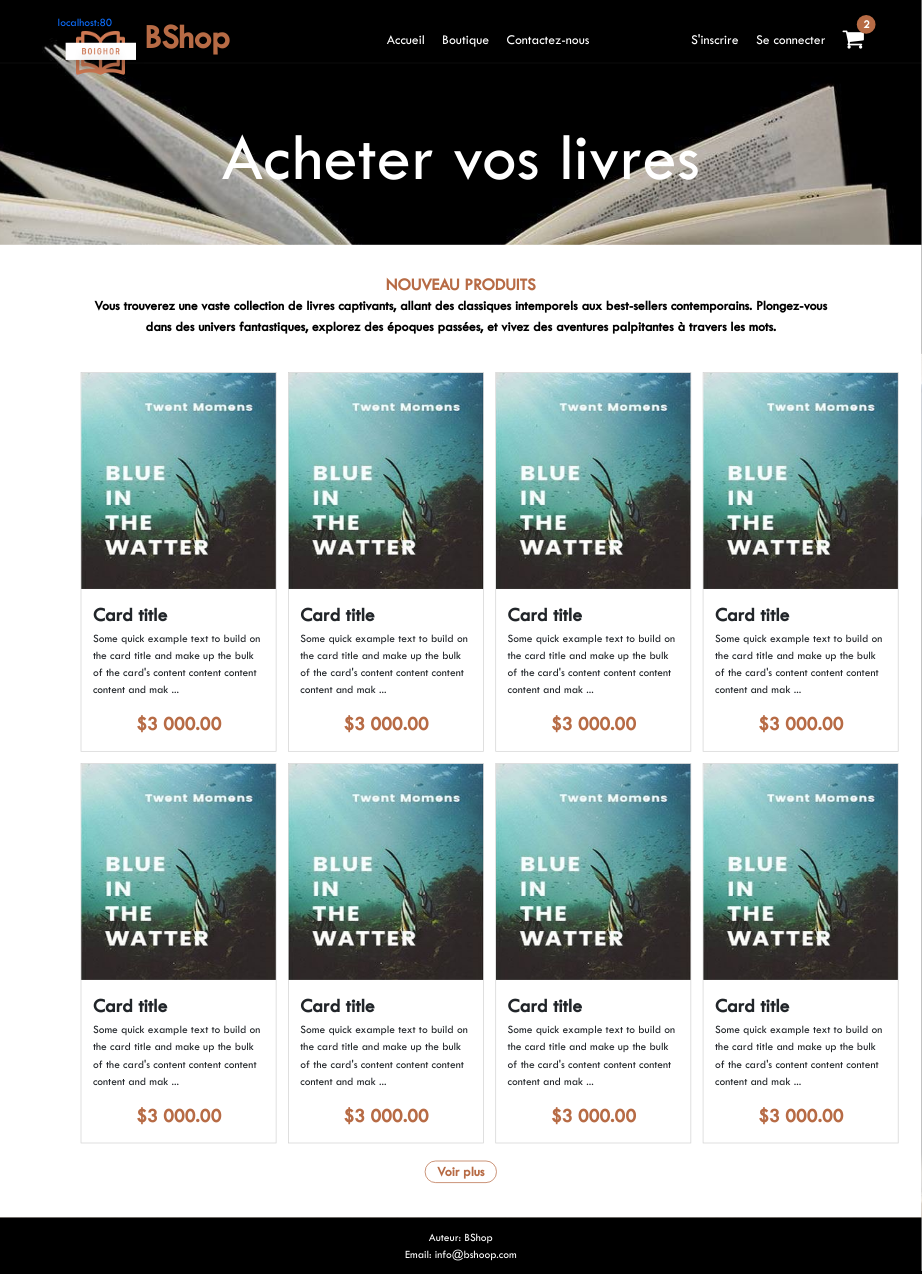
Repository: padevft/e-commerce-php
Page: http://localhost/
The author's editor kept a copy of each file at every save. The page is drawn from the files as they stood at one save, then again after the next save.
The browser window is 1280 px wide. The pictures show the whole page, at 72% of full size.
Pictures or frames that could not be fetched are drawn as grey boxes. The page is run by PHP 8.4 with error messages shown; the project is at /var/www/html/.

Above is the page before, as saved 2023-09-18 10:32:07.

### index.php
<?php
require_once('server/includes/utilitaires.inc.php');
?>
<!DOCTYPE html>
<html lang="en">

<head>
  <meta charset="UTF-8" />
  <meta name="viewport" content="width=device-width, initial-scale=1.0" />
  <title>Boutique en ligne</title>

  <link rel="stylesheet" href="client/css/styles.css">
  <link rel="stylesheet" href="client/utilitaires/bootstrap/css/bootstrap.min.css">
  <link rel="stylesheet" href="client/utilitaires/font-awesome-4.7.0/css/font-awesome.min.css">

</head>


<body>
  <div class="container-app">
    <?php
    require_once('server/includes/header.inc.php');
    ?>
    <main>
      <div class="d-flex align-items-center justify-content-center pt-5 container-intro">
        <span class="text-intro">
          Acheter vos livres
        </span>
      </div>
      <div class="container-products">
        <div class="d-flex flex-column align-items-center justify-content-center gap-2 text-center content-intro">
          <span class="text-intro-1"> NOUVEAU PRODUITS</span>
          <span class="text-intro-2">
            Vous trouverez une vaste collection de livres captivants, allant des classiques intemporels aux best-sellers contemporains. Plongez-vous dans des univers fantastiques, explorez des époques passées, et vivez des aventures palpitantes à travers les mots.
          </span>
        </div>
        <?php
        $products = getProducts();
        ?>
        <div class="content-products">
          <div class="grid-products">
            <?php foreach ($products as $product) : ?>
              <?= getHtmlProucut($product) ?>
            <?php endforeach; ?>
          </div>
        </div>
        <div class="d-flex align-items-center justify-content-center pt-4">
          <a href="./index.php" class="view-plus px-3">Voir plus</a>
        </div>
      </div>
  </div>
  </main>
  <?php
  require_once('server/includes/footer.inc.php');
  ?>
  <script src="client/utilitaires/Jquery/jquery-3.6.0.min.js"></script>
  <script src="client/utilitaires/bootstrap/js/bootstrap.min.js"></script>
</body>

</html>

### server/includes/utilitaires.inc.php
<?php

function getProducts()
{
    $liste = array();
    $liste[0] = 1;
    $liste[1] = 1;
    $liste[2] = 1;
    $liste[3] = 1;
    $liste[4] = 1;
    $liste[5] = 1;
    $liste[6] = 1;
    $liste[7] = 1;
    return $liste;
}

$des = 'Some quick example text to build on the card title and make up the bulk of the card\'s content content content content and make up the bulk of the card and make up the bulk of the card and make up the bulk of the card. ';


function getSubDescription($inputString)
{
    if (strlen($inputString) <= 125) {
        return $inputString;
    }
    $result = substr($inputString, 0, 125) . ' ...';
    return $result;
}

function formatPrice($price)
{
    return number_format($price, 2, '.', ' ');
}

function getURL(){
    $url = $_SERVER['SERVER_NAME'].':'.$_SERVER['SERVER_PORT'];
    return $url;
}


function getHtmlProucut($product)
{
    global $des;
    $html = <<<HTML
    <div class="card position-relative item-product">
        <img src="client/images/p-3.jpg" alt="...">
        <div class="card-body">
            <span class="card-title title-product">Card title</span>
    HTML;
    $html .= '<p class="card-text text-des">' . getSubDescription($des) . '</p>';
    $html .= '<div class="d-flex justify-content-center"><span class="text-price">$' . formatPrice(3000) . '</span></div>';
    $html .= <<<HTML
        </div>
        <div class="hover-product">
            <div class="options">
                <div class="icons-options">
                    <a href="#" class="icon">
                        <i class="fa fa-shopping-cart"></i>
                    </a>
                    <a href="#" class="icon">
                        <i class="fa fa-eye"></i>
                    </a>
                </div>
            </div>
        </div>
    </div>
    HTML;

    return $html;
}

### server/includes/header.inc.php
<header>
    <nav class="container-nav">
        <div class="row align-items-center">
            <div class="col-12 col-sm-4">
                <div class="d-flex flex-row align-items-center">
                    <a class="container-logo" href="./index.html">
                        <?= getURL() ?>
                        <!-- <img src="../../client/images/logo.png" /> -->
                        <img src="http://<?= getURL() ?>/shop-online/client/images/logo.png" />

                    </a>
                    <span class="text-logo">BShop</span>
                </div>
            </div>
            <div class="col-md-4">
                <div class="container-menu mt-2">
                    <ul class="d-flex flex-row align-items-center justify-content-end gap-4 menu">
                        <li><a href="http://<?= getURL() ?>/shop-online/index.php" class="menu-item">Accueil</a></li>
                        <li><a href="../../server/pages/shop.php" class="menu-item">Boutique</a></li>
                        <li><a href="../../server/pages/shop.php" class="menu-item">Contactez-nous</a></li>
                    </ul>
                </div>
            </div>
            <div class="col-6 col-md-4">
                <div class="d-flex align-items-center gap-4 justify-content-end mt-2">
                    <div class="container-menu">
                        <ul class="d-flex align-items-center gap-4 menu">
                            <li> <a href="./index.html" class="menu-item">S'inscrire</a></li>
                            <li> <a href="./index.html" class="menu-item">Se connecter</a></li>
                        </ul>

                    </div>
                    <div class="position-relative container-shopping-cart">
                        <span><i class="fa fa-shopping-cart shopping-cart"></i></span>
                        <span class="position-absolute number-product">2</span>
                    </div>
                </div>

            </div>

        </div>
    </nav>
</header>

### server/includes/footer.inc.php
<footer>
    <div class="container-footer">
        <span>Auteur: BShop</span>
        <span>Email: info@bshoop.com</span>
    </div>

</footer>

### client/css/styles.css
/* var text-decoration */
@font-face {
  font-family: myfont;
  src: url(../utilitaires/fonts/ufonts.com_tw-cen-mt.ttf);
}

:root {
  --color-primary: #b76b45;
  --color-white-1: #fff;
  --color-bg-1: rgba(0, 0, 0, 0.366);
}

* {
  transition: all 0.5s ease;
}

body {
  font-family: myfont !important;
}
h1 {
  display: inline-flex;
  position: relative;
  cursor: pointer;
}

a {
  color: unset;
  outline: unset;
  text-decoration: none !important;
}

.container-app {
  background-image: url("../images/bg.jpg");
  background-repeat: no-repeat;
  background-size: cover;
  background-position: center;
}
ul {
  list-style-type: none; /* Retire les puces */
}

/*

****************************
Header
****************************

*/

header {
  padding-top: 15px;
  padding-bottom: 10px;
}

header ul {
  margin: 0 !important;
}
.container-nav {
  padding: 0 5rem;
  border-bottom: 1px solid rgba(255, 255, 255, 0.1);
}
.container-logo {
  width: 120px;
  height: 65px;
}
.container-logo img {
  width: 100%;
  height: 100%;
}
.text-logo {
  font-size: 3rem;
  font-weight: bold;
  color: var(--color-primary);
}
.menu-item {
  display: inline;
  position: relative;
  color: var(--color-white-1);
  padding-bottom: 5px;
  font-size: 1.2rem;
}

.menu-item:hover {
  color: var(--color-primary);
}
.menu-item::before {
  content: "";
  position: absolute;
  bottom: 0;
  left: 0;
  background: var(--color-primary);
  height: 2.5px;
  opacity: 1;
  visibility: visible;
  width: 0;
  -webkit-transition: 0.4s all ease-out;
  -o-transition: 0.4s all ease-out;
  transition: 0.4s all ease-out;
}
.menu-item:hover:before {
  width: 100%;
}

.number-product {
  bottom: 25px;
  font-weight: bold;
  color: var(--color-white-1);
  font-size: 1rem;
  height: 26px;
  line-height: 17px;
  width: 26px;
  background: var(--color-primary) none repeat scroll 0 0;
  border-radius: 100px;
  display: flex;
  justify-content: center;
  align-items: center;
  left: 20px;
}

.shopping-cart {
  color: var(--color-white-1);
  font-size: 2rem !important;
}
.container-shopping-cart:hover .shopping-cart {
  color: var(--color-primary);
  cursor: pointer;
  transform: scale(0.8);
}
.container-shopping-cart:hover .number-product {
  transform: scale(1.7);
  color: var(--color-primary);
  background: var(--color-white-1) none repeat scroll 0 0;
}
.text-intro {
  font-size: 6rem;
  color: var(--color-white-1);
}

/*

****************************
Main
****************************

*/

.container-intro {
  padding: 50px 0;
}
.container-products {
  background-color: var(--color-white-1);
  padding: 3rem 1rem;
}
.content-products,.content-intro {
  padding: 0 6rem;
}
.text-intro-1 {
  color: var(--color-primary);
  font-size: 1.5rem;
  font-weight: 700;
  line-height: 15px;
}

.text-intro-2 {
  color: #000;
  font-size: 1.2rem;
  font-weight: 700;
}

.grid-products {
  display: grid;
  grid-template-columns: repeat(4, 1fr);
  grid-gap: 1rem;
  padding-top: 3rem;
}

.item-product {
  cursor: pointer;
  width: 17rem;
  /* border: unset !important; */
  border-radius: unset !important;
}

.item-product .img-product {
  width: 100%;
  /* border-radius: 15px; */
}

.hover-product {
  width: 100%;
  height: 100%;
  background-color: var(--color-bg-1);
  position: absolute;
  left: 0;
  top: 0;
  /* border-radius: 0.375rem; */
  display: flex;
  justify-content: center;
  align-items: center;
  flex-direction: row;
  opacity: 0;
  transform: scale(0);
  transition: all 0.5s ease-in-out;
}

.item-product:hover .hover-product {
  opacity: 1;
  transform: scale(1);
}
.item-product img {
  width: 100%;
  height: 300px;
}

.hover-product span {
  color: white;
  font-weight: 500;
}

.title-product {
  font-weight: 800;
  font-size: 1.7rem !important;
}
.text-des {
  font-weight: 550;
}
.text-price {
  color: var(--color-primary);
  font-size: 1.7rem;
  font-weight: bold;
}
.options {
  transform: scaleX(0);
  transform-origin: top;
  transition: all 0.7s ease-in-out;
}

.item-product:hover .options {
  transform: scaleX(1);
}
.icons-options {
  display: flex;
  align-items: center;
  justify-content: center;
}

.icon {
  background-color: var(--color-primary);
  border-radius: 50%;
  width: 45px;
  height: 45px;
  display: flex;
  align-items: center;
  justify-content: center;
  margin: 0 1rem;
  cursor: pointer;
  transition: all 0.7s ease-in-out;
}

.icon:hover {
  background-color: var(--color-white-1);
}

.icon i {
  color: var(--color-white-1);
  font-size: 1.2rem;
}

.icon:hover i {
  color: var(--color-primary);
}

.view-plus{
  border: 1px solid var(--color-primary);
  color: var(--color-primary);
  background-color: var(--color-white-1);
  font-weight: 600;
  font-size: 1.2rem;
  border-radius: 15px;
  transition: all 0.7s cubic-bezier(0.68, -0.55, 0.265, 1.55);
}

.view-plus:hover{
  background-color: var(--color-primary);
  color: var(--color-white-1);
}


/*

****************************
footer
****************************

*/

footer {
  background-color: var(--color-white-1);
}
.container-footer {
  background-color: #000;
  display: flex;
  flex-direction: column;
  justify-content: center;
  align-items: center;
  padding: 15px 0;
}
.container-footer span {
  color: var(--color-white-1);
}

Loaded but not shown: client/utilitaires/bootstrap/css/bootstrap.min.css (library); client/utilitaires/font-awesome-4.7.0/css/font-awesome.min.css (library); client/utilitaires/Jquery/jquery-3.6.0.min.js (library); client/utilitaires/bootstrap/js/bootstrap.min.js (library)

After the next save:
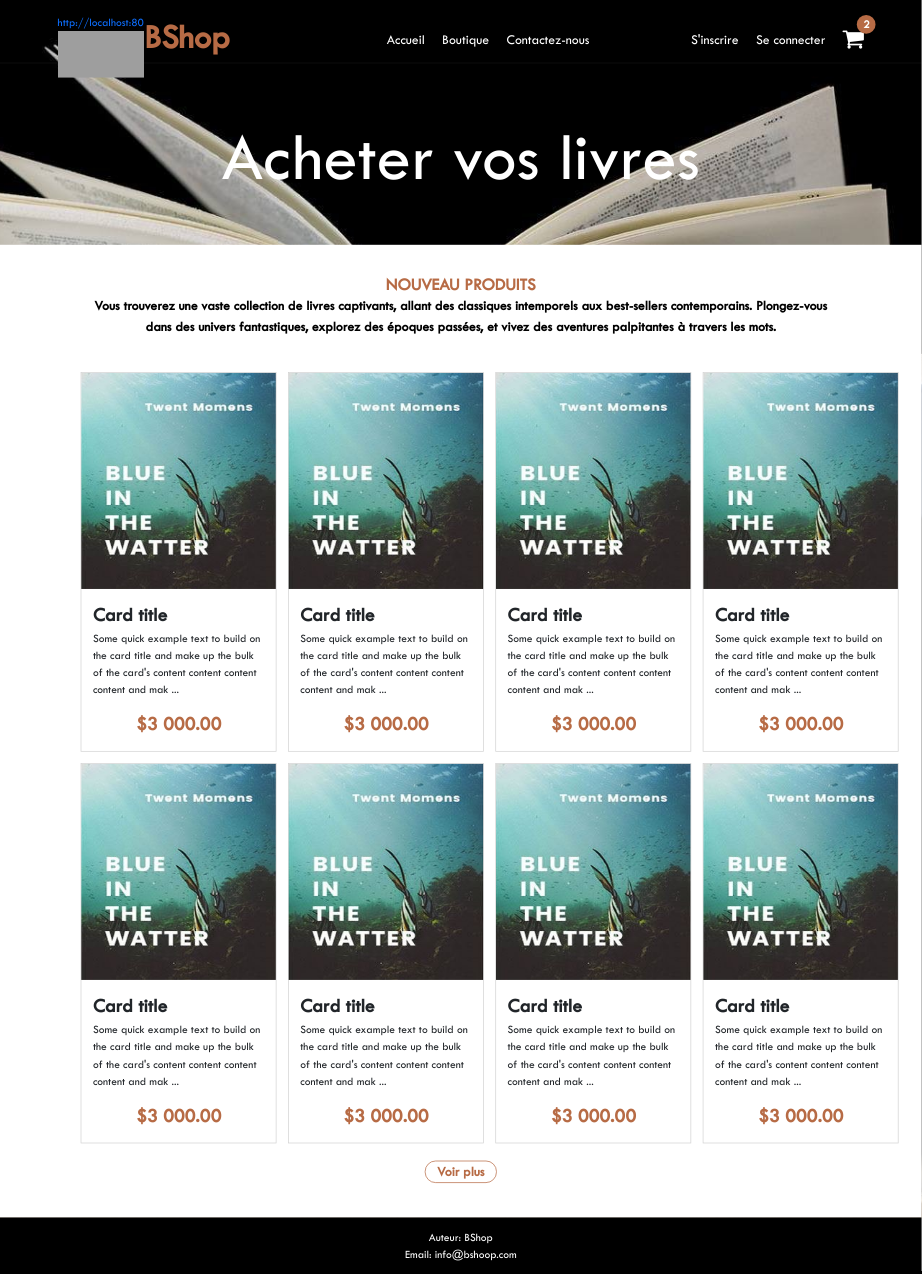
Saved 2 min 30 s later.
--- a/server/includes/utilitaires.inc.php
+++ b/server/includes/utilitaires.inc.php
@@ -31,8 +31,16 @@ function formatPrice($price)
     return number_format($price, 2, '.', ' ');
 }
 
-function getURL(){
-    $url = $_SERVER['SERVER_NAME'].':'.$_SERVER['SERVER_PORT'];
+function getURL()
+{
+    if (isset($_SERVER['HTTPS']) && $_SERVER['HTTPS'] === 'on') {
+        // La connexion est sécurisée via HTTPS
+        $protocole = 'https://';
+    } else {
+        // La connexion n'est pas sécurisée, utilisez HTTP
+        $protocole = 'http://';
+    }
+    $url = $protocole . $_SERVER['SERVER_NAME'] . ':' . $_SERVER['SERVER_PORT'];
     return $url;
 }
 
